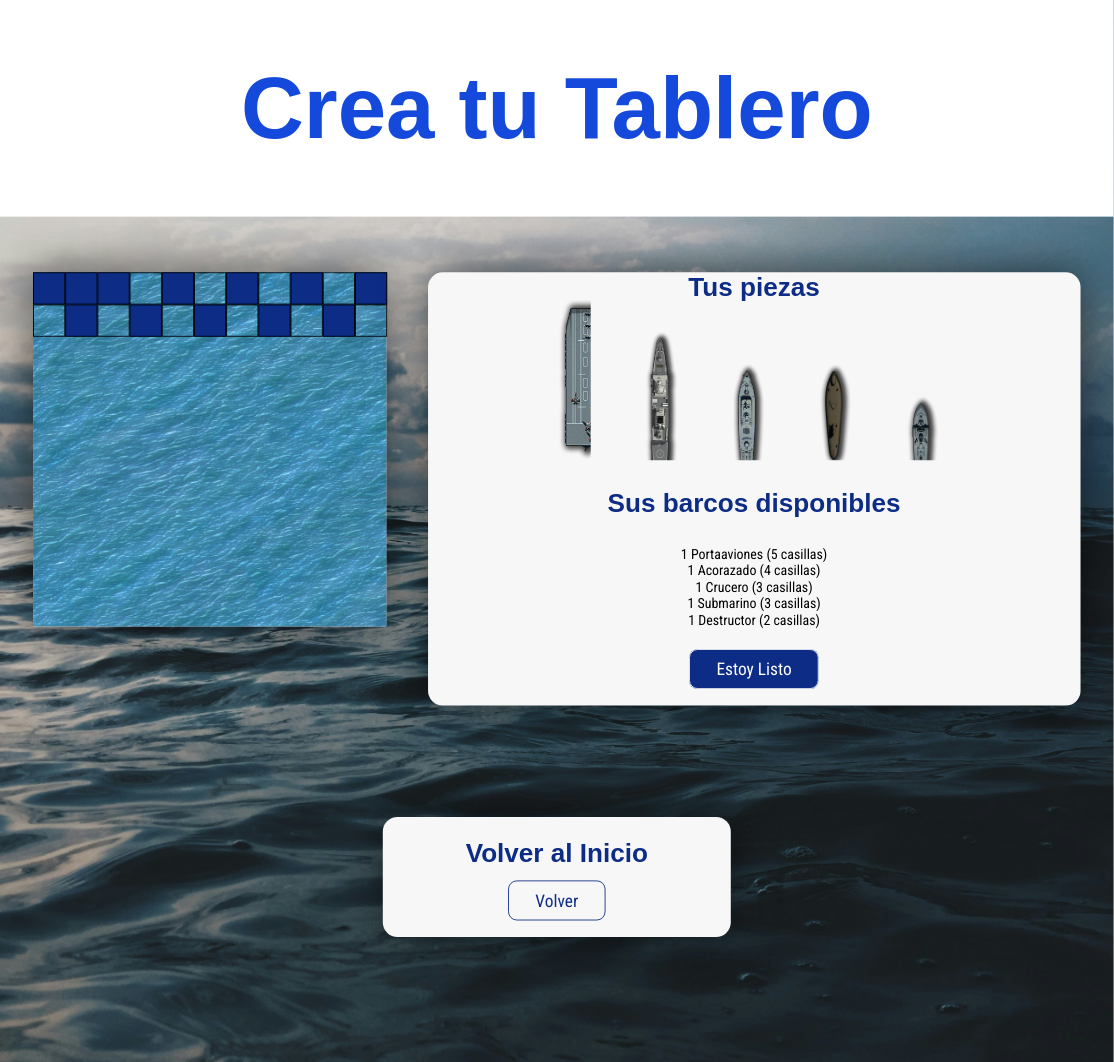
Repository: alfredorndon/taller-web-grupal
Page: client/tablero-barcos.html
The author's editor kept a copy of each file at every save. The page is drawn from the files as they stood at one save, then again after the next save.
The browser window is 1280 px wide. The pictures show the whole page, at 87% of full size.
Some web fonts or font styles are not loaded; a fallback is used.

Above is the page before, as saved 2024-12-11 16:05:37.

After the next save:
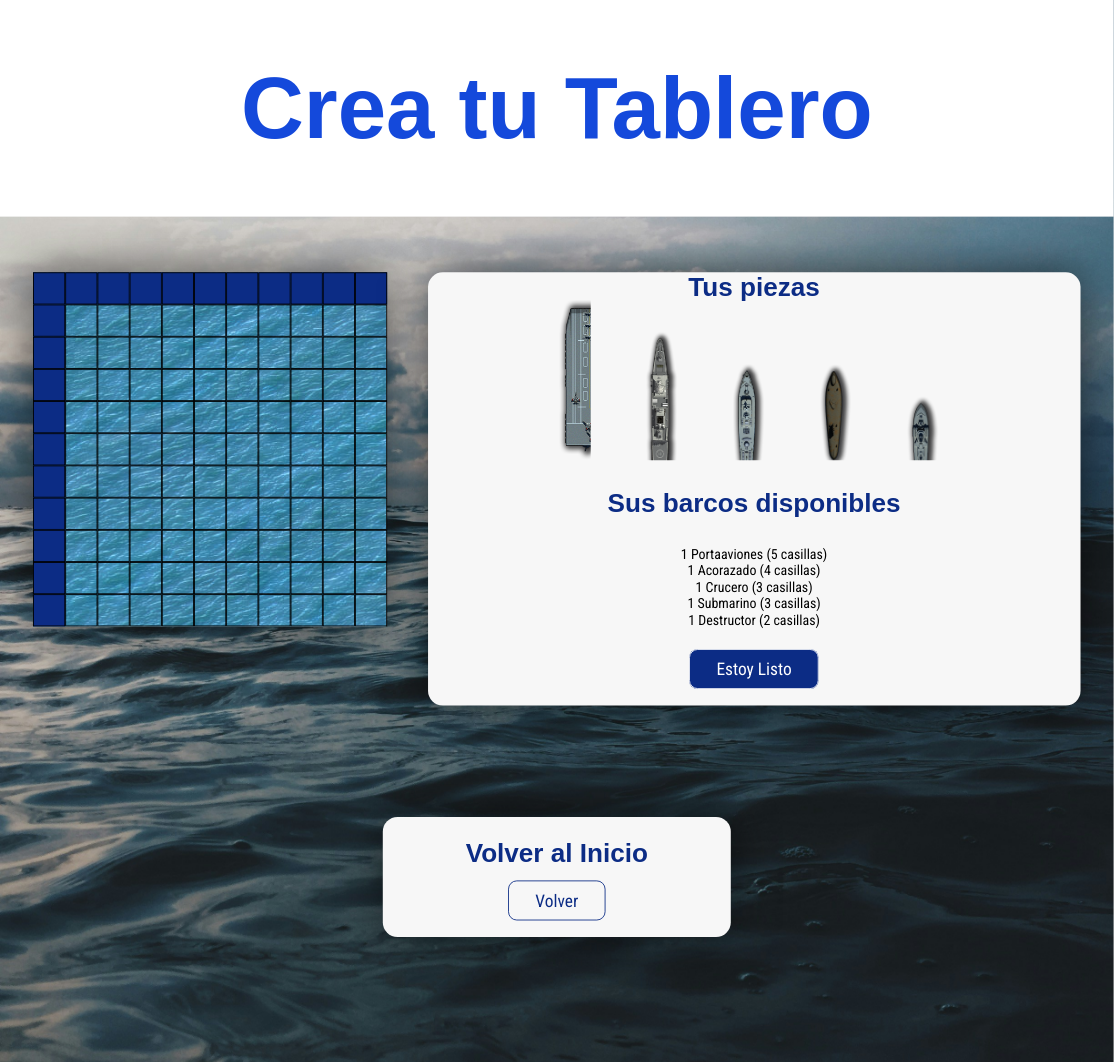
Saved 107 s later.
--- a/client/script/script.js
+++ b/client/script/script.js
@@ -13,16 +13,17 @@ function crearTablero ()
             let header = document.createElement('div');
             header.setAttribute('class', 'position table-head '+i);
             tablero.appendChild(header);
-            let celda = document.createElement('div');
             for (let k=1; k<=filas; k++)
             {
                 if (i == 0)
                 {
+                    let celda = document.createElement('div');
                     celda.setAttribute('class', 'position table-head '+abecedario[k]+i);
                     tablero.appendChild(celda);
                 }
                 else
                 {
+                    let celda = document.createElement('div');
                     celda.setAttribute('class', 'position table-cell');
                     celda.setAttribute('id', 'p'+j+'-'+abecedario[k]+i);
                     tablero.appendChild(celda);
